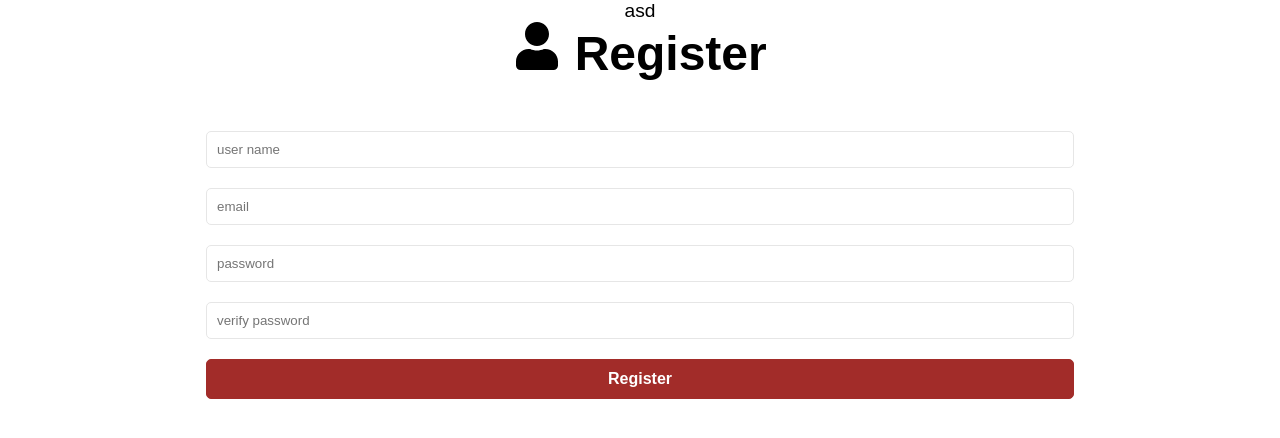
Repository: halilhaninan/MERNSTACK-Note-App
Page: /register (app in frontend/)
The author's editor kept a copy of each file at every save. The page is drawn from the files as they stood at one save, then again after a run of saves.
The browser window is 1280 px wide. The pictures show the whole page.
The project was rebuilt for these pictures with package versions that can differ from the ones it lists, and the page was loaded fresh each time. Also part of the build but not shown: frontend/src/Components/NotForm.jsx, frontend/src/Components/Spinner.jsx, frontend/src/Components/Not.jsx, frontend/src/pages/Dashboard.jsx, frontend/src/pages/Login.jsx, frontend/src/features/counter/counterSlice.js, frontend/src/features/counter/counter.js, frontend/src/App.css.

Above is the page before, as saved 2022-09-03 10:56:44.

### frontend/src/index.js
import React from "react";
import ReactDOM from "react-dom";
import "./index.css";
import App from "./App";

import { store } from "./app/store";
import { Provider } from "react-redux";

// import { createStore } from "redux";
// import { Provider } from "react-redux";
// import butunRreducerler from "./reducers";

// const hesapla = (state = 0, action) => {
//   switch (action.type) {
//     case "topla":
//       return state + 1;
//     case "cikar":
//       return state - 1;
//     default:
//       return state;
//   }
// };

// let store = createStore(
//   butunRreducerler,
//   window.__REDUX_DEVTOOLS_EXTENSION__ && window.__REDUX_DEVTOOLS_EXTENSION__()
// );

// store.subscribe(() => console.log(store.getState()));
//const root = ReactDOM.createRoot(document.getElementById("root"));
ReactDOM.render(
  <Provider store={store}>
    <App />
  </Provider>,
  document.getElementById("root")
);

// If you want to start measuring performance in your app, pass a function
// to log results (for example: reportWebVitals(console.log))
// or send to an analytics endpoint. Learn more: https://bit.ly/CRA-vitals

### frontend/src/index.css
@import url("https://fonts.googleapis.com/css2?family=Lobster&display=swap");

* {
  margin: 0;
  padding: 0;
  box-sizing: border-box;
}

body {
  font-family: Arial, Helvetica, sans-serif;
  height: 100vh;
  font-size: larger;
}

a {
  text-decoration: none;
  color: #000;
}

p {
  line-height: 1.7;
}

ul {
  list-style: none;
}

li {
  line-height: 2.2;
}

h1,
h2,
h3 {
  font-weight: 600;
  margin-bottom: 10px;
}

.container {
  width: 100%;
  max-width: 1500px;
  margin: 0 auto;
  padding: 0 20px;
  text-align: center;
}

.header {
  display: flex;
  justify-content: space-between;
  align-items: center;
  padding: 20px 0;
  border-bottom: 1px solid #e6e6e6;
  margin-bottom: 60px;
}

.header ul {
  display: flex;
  align-items: center;
  justify-content: space-between;
}

.header ul li {
  margin-left: 20px;
}

.header ul li a {
  display: flex;
  align-items: center;
  color: #a22c29;
}

.header ul li a:hover {
  color: #f27059;
}

.header ul li a svg {
  margin-right: 5px;
}

.heading {
  font-size: 2rem;
  font-weight: 700;
  margin-bottom: 50px;
  padding: 0 20px;
}

.heading p {
  color: #828282;
}

.notlar {
  display: grid;
  grid-template-columns: repeat(3, 1fr);
  gap: 10px;
}

.not {
  background-color: #f4f4f4;
  margin: 10px 0;
  padding: 20px 0 10px;
  position: relative;
}

.not .close {
  position: absolute;
  top: 10px;
  right: 15px;
  cursor: pointer;
  border: none;
  background: none;
}

.form,
.content {
  width: 70%;
  margin: 0 auto;
}

.form-group {
  margin-bottom: 10px;
}

.form-group input,
.form-group textarea,
.form-group select {
  width: 100%;
  padding: 10px;
  border: 1px solid #e6e6e6;
  border-radius: 5px;
  margin-bottom: 10px;
  font-family: inherit;
}

.form-group label {
  text-align: left;
  display: block;
  margin: 0 0 5px 3px;
}

.btn {
  padding: 10px 20px;
  border: 1px solid #a22c29;
  border-radius: 5px;
  background: #a22c29;
  color: #fff;
  font-size: 16px;
  font-weight: 700;
  cursor: pointer;
  text-align: center;
  appearance: button;
  display: flex;
  align-items: center;
  justify-content: center;
}

.btn svg {
  margin-right: 8px;
}

.btn-reverse {
  background: #fff;
  color: #000;
}

.btn-block {
  width: 100%;
  margin-bottom: 20px;
}

.btn-add {
  background: #34a0a4 !important;
  border: 1px solid #34a0a4;
}

.btn:hover {
  transform: scale(0.98);
}

.loadingSpinnerContainer {
  position: fixed;
  top: 0;
  right: 0;
  bottom: 0;
  left: 0;
  background-color: rgba(0, 0, 0, 0.5);
  z-index: 5000;
  display: flex;
  justify-content: center;
  align-items: center;
}

.loadingSpinner {
  width: 64px;
  height: 64px;
  border: 8px solid;
  border-color: #000 transparent #555 transparent;
  border-radius: 50%;
  animation: spin 1.2s linear infinite;
}

@keyframes spin {
  0% {
    transform: rotate(0deg);
  }
  100% {
    transform: rotate(360deg);
  }
}

@media (max-width: 960px) {
  .notlar {
    grid-template-columns: repeat(2, 1fr);
  }
}

@media (max-width: 600px) {
  .form {
    width: 90%;
  }

  .heading h1 {
    font-size: 2rem;
  }

  .heading p {
    font-size: 1.5rem;
  }

  .notlar {
    grid-template-columns: repeat(1, 1fr);
  }
}

### frontend/src/App.js
import { BrowserRouter as Router, Routes, Route } from "react-router-dom";
import Header from "./Components/Header";
import Dashboard from "./pages/Dashboard";
import Login from "./pages/Login";
import Register from "./pages/Register";

// import { useSelector, useDispatch } from "react-redux";
// import { girisYap, topla, cikar } from "./actions";

import { ToastContainer } from "react-toastify";
import "react-toastify/dist/ReactToastify.css";
import Counter from "./features/counter/counter";
import "./App.css";

function App() {
  // return (
  //   <div>
  //     <Counter />
  //   </div>
  // );
  return (
    <>
      <Router>
        <div className="container">
          <Header></Header>
          <Routes>
            <Route path="/" element={<Dashboard />} />
            <Route path="/register" element={<Register />} />
            <Route path="/login" element={<Login />} />
          </Routes>
        </div>
      </Router>
      <ToastContainer />
    </>
  );
  //
  //
  //
  // const giris = useSelector((state) => state.giris);
  // const hesapla = useSelector((state) => state.hesapla);
  // const dispatch = useDispatch();
  // return (
  //   <div className="app">
  //     {giris ? (
  //       <>
  //         {hesapla}
  //         <button onClick={() => dispatch(topla())}>+</button>
  //         <button onClick={() => dispatch(cikar())}>-</button>
  //       </>
  //     ) : (
  //       <>
  //         <h3>please sign in</h3>
  //         <button onClick={() => dispatch(girisYap())}>sign in</button>
  //       </>
  //     )}
  //   </div>
  // );
}

export default App;

### frontend/src/app/store.js
import { configureStore } from "@reduxjs/toolkit";

import authReducer from "../features/auth/authSlice";
import notReducer from "../features/data/dataSlice";

export const store = configureStore({
  reducer: {
    auth: authReducer,
    notlar: notReducer,
  },
});

// yeni not olustururken altta olan kod gibi dataslice olustur sonra store.js den import et reducer ile tanimla ++ data service olusturuluyor

// import { createSlice, createAsyncThunk } from "@reduxjs/toolkit";

// const initialState = {
//   notlar: [],
//   isHata: false,
//   isBasari: false,
//   isYkleniyor: false,
//   mesaj: "",
// };

// export const notSlice = createSlice({
//   name: "notlar",
//   initialState,
//   reducers: {
//     reset: (state) => initialState,
//   },
// });

// export const { reset }  = notSlice.actions;
// export default notSlice.reducer;

### frontend/src/Components/Header.jsx
import React from "react";
import { FaSignInAlt, FaSignOutAlt, FaUser, FaPen } from "react-icons/fa";
import { Link, useNavigate } from "react-router-dom";
import { useSelector, useDispatch } from "react-redux";
import { logout, reset } from "../features/auth/authSlice";
import AppBar from "@mui/material/AppBar";
import { Toolbar, Typography, Button } from "@mui/material";
import { Login, Face, Home, Logout } from "@mui/icons-material";

function Header() {
  const navigate = useNavigate();
  const dispatch = useDispatch();

  const { kullanici } = useSelector((state) => state.auth);

  const onLogout = () => {
    dispatch(logout());
    dispatch(reset());
    navigate("/login");
  };

  return <div>asd</div>;

  // return (
  //   <header className="header">
  //     <h2>mongo db test app </h2>
  //     <div className="logo"></div>
  //     <ul>
  //       {kullanici ? (
  //         <>
  //           <li>
  //             <Link to="/">
  //               <FaPen /> Create Note
  //             </Link>
  //           </li>
  //           <li>
  //             <button className="btn" onClick={onLogout}>
  //               Logout{" "}
  //             </button>
  //           </li>
  //         </>
  //       ) : (
  //         <>
  //           <li>
  //             <Link to="/login">
  //               <FaSignInAlt /> Login
  //             </Link>
  //           </li>
  //           <li>
  //             <Link to="/register">
  //               <FaUser /> Register
  //             </Link>
  //           </li>
  //         </>
  //       )}
  //     </ul>
  //   </header>
  // );
}

export default Header;

### frontend/src/pages/Register.jsx
import React, { useState } from "react";
import { useEffect } from "react";
import { FaUser } from "react-icons/fa";
import { useSelector, useDispatch } from "react-redux";
import { useNavigate } from "react-router-dom";
import { toast } from "react-toastify";
import { register, reset } from "../features/auth/authSlice";
import Spinner from "../Components/Spinner";

function Register() {
  const navigate = useNavigate();
  const dispatch = useDispatch();

  const { kullanici, isHata, isBasari, isYukleniyor, mesaj } = useSelector(
    (state) => state.auth
  );

  const [formData, setFormData] = useState({
    kullaniciAd: "",
    email: "",
    parola: "",
    parolaKontrol: "",
  });

  const { kullaniciAd, email, parola, parolaKontrol } = formData;

  const onChange = (e) => {
    setFormData((prev) => ({
      ...prev,
      [e.target.name]: e.target.value,
    }));
  };

  const onSubmit = (e) => {
    e.preventDefault();
    // console.log(formData);

    if (parola !== parolaKontrol) {
      toast.error("parolalar eslesmedi");
    } else {
      const userData = {
        kullaniciAd,
        email,
        parola,
      };
      dispatch(register(userData));
    }
  };

  useEffect(() => {
    if (isHata) {
      toast.error(mesaj);
    }
    if (isBasari || kullanici) {
      navigate("/");
    }
    dispatch(reset());
  }, [kullanici, isHata, isBasari, mesaj, navigate, dispatch]);

  if (isYukleniyor) {
    <Spinner />;
  }

  return (
    <>
      <section className="heading">
        <h1>
          <FaUser /> Register
        </h1>
      </section>
      <section className="form">
        <form onSubmit={onSubmit}>
          <div className="form-group">
            <input
              type="text"
              classname="form-control"
              id="kullaniciAd"
              name="kullaniciAd"
              value={kullaniciAd}
              placeholder="user name"
              onChange={onChange}></input>
          </div>
          <div className="form-group">
            <input
              type="email"
              classname="form-control"
              id="email"
              name="email"
              value={email}
              placeholder="email"
              onChange={onChange}></input>
          </div>
          <div className="form-group">
            <input
              type="password"
              classname="form-control"
              id="parola"
              name="parola"
              value={parola}
              placeholder="password"
              onChange={onChange}></input>
          </div>
          <div className="form-group">
            <input
              type="password"
              classname="form-control"
              id="parolaKontrol"
              name="parolaKontrol"
              value={parolaKontrol}
              placeholder="verify password"
              onChange={onChange}></input>
          </div>
          <div className="form-group">
            <button type="submit" className="btn btn-block">
              Register
            </button>
          </div>
        </form>
      </section>
    </>
  );
}

export default Register;

### frontend/src/features/auth/authSlice.js
import { createAsyncThunk, createSlice } from "@reduxjs/toolkit";
import authService from "./authService";

const kullanici = JSON.parse(localStorage.getItem("kullanici"));

const initialState = {
  kullanici: kullanici ? kullanici : null,
  isHata: false,
  isBasari: false,
  isYukleniyor: false,
  mesaj: "",
};

export const register = createAsyncThunk(
  "auth/register",
  async (user, thunkAPI) => {
    try {
      return await authService.register(user);
    } catch (error) {
      const mesaj =
        (error.response &&
          error.response.data &&
          error.response.data.message) ||
        error.message ||
        error.toString();

      return thunkAPI.rejectWithValue(mesaj);
    }
  }
);

export const authSlice = createSlice({
  name: "auth",
  initialState,
  reducers: {
    reset: (state) => {
      state.isHata = false;
      state.isBasari = false;
      state.isYukleniyor = false;
      state.mesaj = "";
    },
  },
  extraReducers: (builder) => {
    builder
      .addCase(register.pending, (state) => {
        state.isYukleniyor = true;
      })
      .addCase(register.fulfilled, (state, action) => {
        state.isYukleniyor = false;
        state.isBasari = true;
        state.kullanici = action.payload;
      })
      .addCase(register.rejected, (state, action) => {
        state.isYukleniyor = false;
        state.isHata = true;
        state.mesaj = action.payload;
        state.kullanici = null;
      }) //
      .addCase(login.pending, (state) => {
        state.isYukleniyor = true;
      })
      .addCase(login.fulfilled, (state, action) => {
        state.isYukleniyor = false;
        state.isBasari = true;
        state.kullanici = action.payload;
      })
      .addCase(login.rejected, (state, action) => {
        state.isYukleniyor = false;
        state.isHata = true;
        state.mesaj = action.payload;
        state.kullanici = null;
      })
      .addCase(logout.fulfilled, (state) => {
        state.kullanici = null;
      });
  },
});

export const logout = createAsyncThunk("auth/logout", async () => {
  await authService.logout();
});

export const login = createAsyncThunk("auth/login", async (user, thunkAPI) => {
  try {
    return await authService.login(user);
  } catch (error) {
    const mesaj =
      (error.response && error.response.data && error.response.data.message) ||
      error.message ||
      error.toString();

    return thunkAPI.rejectWithValue(mesaj);
  }
});

export const { reset } = authSlice.actions;
export default authSlice.reducer;

### frontend/src/features/data/dataSlice.js
import { createSlice, createAsyncThunk } from "@reduxjs/toolkit";
import thunk from "redux-thunk";
import dataService from "./dataService";

const initialState = {
  notlar: [],
  isHata: false,
  isBasari: false,
  isYukleniyor: false,
  mesaj: "",
};

export const notSlice = createSlice({
  name: "notlar",
  initialState,
  reducers: {
    reset: (state) => initialState,
  },
  extraReducers: (builder) => {
    builder
      .addCase(notOlustur.pending, (state) => {
        state.isYukleniyor = true;
      })
      .addCase(notOlustur.fulfilled, (state, action) => {
        state.isYukleniyor = false;
        state.isBasari = true;
        state.notlar.unshift(action.payload);
      })
      .addCase(notOlustur.rejected, (state, action) => {
        state.isYukleniyor = false;
        state.isHata = true;
        state.isBasari = false;
        state.mesaj = action.payload;
      })
      .addCase(notlarGetir.pending, (state) => {
        state.isYukleniyor = true;
      })
      .addCase(notlarGetir.fulfilled, (state, action) => {
        state.isYukleniyor = false;
        state.isBasari = true;
        state.notlar = action.payload;
      })
      .addCase(notlarGetir.rejected, (state, action) => {
        state.isYukleniyor = false;
        state.isBasari = false;
        state.isHata = true;
        state.mesaj = action.payload;
      })
      .addCase(notSil.pending, (state) => {
        state.isYukleniyor = true;
      })
      .addCase(notSil.fulfilled, (state, action) => {
        state.isYukleniyor = false;
        state.isBasari = true;
        state.notlar = state.notlar.filter(
          (not) => not._id !== action.payload.id
        );
      })
      .addCase(notSil.rejected, (state, action) => {
        state.isYukleniyor = false;
        state.isBasari = false;
        state.isHata = true;
        state.mesaj = action.payload;
      });
  },
});

export const notOlustur = createAsyncThunk(
  "notlar/create",
  async (notData, thunkAPI) => {
    try {
      const token = thunkAPI.getState().auth.kullanici.token;
      return await dataService.notOlustur(notData, token);
    } catch (error) {
      const mesaj =
        (error.response &&
          error.response.data &&
          error.response.data.message) ||
        error.message ||
        error.toString();

      return thunkAPI.rejectWithValue(mesaj);
    }
  }
);

export const notlarGetir = createAsyncThunk(
  "notlar/getAll",
  async (_, thunkAPI) => {
    try {
      const token = thunkAPI.getState().auth.kullanici.token;
      return await dataService.notlarGetir(token);
    } catch (error) {
      const mesaj =
        (error.response &&
          error.response.data &&
          error.response.data.message) ||
        error.message ||
        error.toString();

      return thunkAPI.rejectWithValue(mesaj);
    }
  }
);

export const notSil = createAsyncThunk(
  "notlar/delete",
  async (id, thunkAPI) => {
    try {
      const token = thunkAPI.getState().auth.kullanici.token;
      return await dataService.notSil(id, token);
    } catch (error) {
      const mesaj =
        (error.response &&
          error.response.data &&
          error.response.data.message) ||
        error.message ||
        error.toString();

      return thunkAPI.rejectWithValue(mesaj);
    }
  }
);

export const { reset } = notSlice.actions;
export default notSlice.reducer;

### frontend/src/features/auth/authService.js
import axios from "axios";

const API_URL = "/api/kullanicilar/";

const register = async (kullaniciData) => {
  const response = await axios.post(API_URL, kullaniciData);

  if (response.data) {
    localStorage.setItem("kullanici", JSON.stringify(response.data));
  }

  return response.data;
};

const logout = () => {
  localStorage.removeItem("kullanici");
};

const login = async (kullaniciData) => {
  const response = await axios.post(API_URL + "login", kullaniciData);
  if (response.data) {
    localStorage.setItem("kullanici", JSON.stringify(response.data));
  }

  return response.data;
};

const authService = {
  register,
  logout,
  login,
};

export default authService;

### frontend/src/features/data/dataService.js
import axios from "axios";

const API_URL = "/api/notlar/";

const notOlustur = async (notData, token) => {
  const config = {
    headers: {
      Authorization: `Bearer ${token}`,
    },
  };
  const response = await axios.post(API_URL, notData, config);

  return response.data;
};

const notlarGetir = async (token) => {
  const config = {
    headers: {
      Authorization: `Bearer ${token}`,
    },
  };
  const response = await axios.get(API_URL, config);
  return response.data;
};

const notSil = async (notId, token) => {
  const config = {
    headers: {
      Authorization: `Bearer ${token}`,
    },
  };

  const response = await axios.delete(API_URL + notId, config);

  return response.data;
};

const dataService = {
  notOlustur,
  notlarGetir,
  notSil,
};

export default dataService;

Loaded but not shown: frontend/public/index.html (common file)

After the next 6 saves:
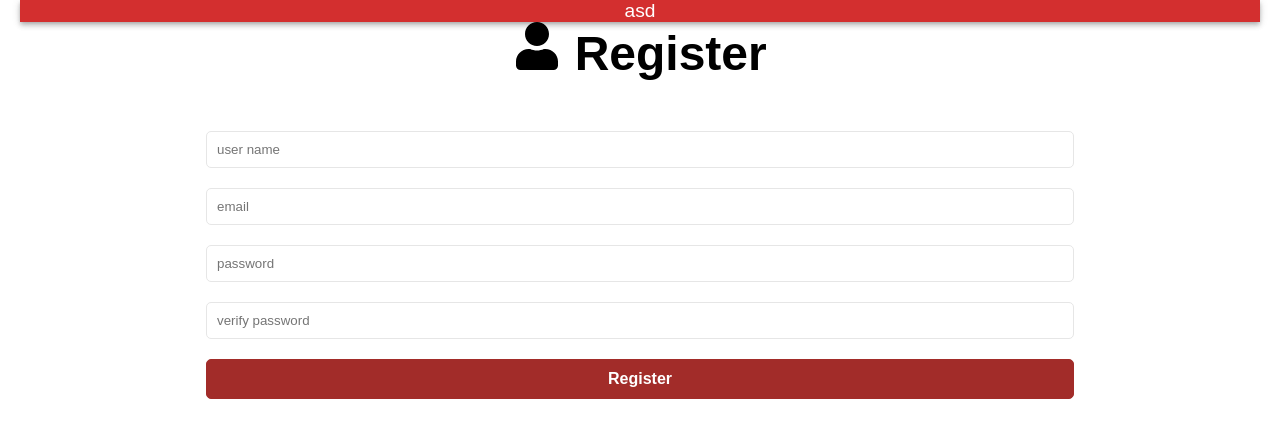
The 6 saves are shown as one change because 2 did not build or start and some came seconds apart.
The last was saved 25 s later.
--- a/frontend/src/Components/Header.jsx
+++ b/frontend/src/Components/Header.jsx
@@ -19,7 +19,11 @@ function Header() {
     navigate("/login");
   };
 
-  return <div>asd</div>;
+  return (
+    <AppBar position="static" color="error">
+      asd
+    </AppBar>
+  );
 
   // return (
   //   <header className="header">
